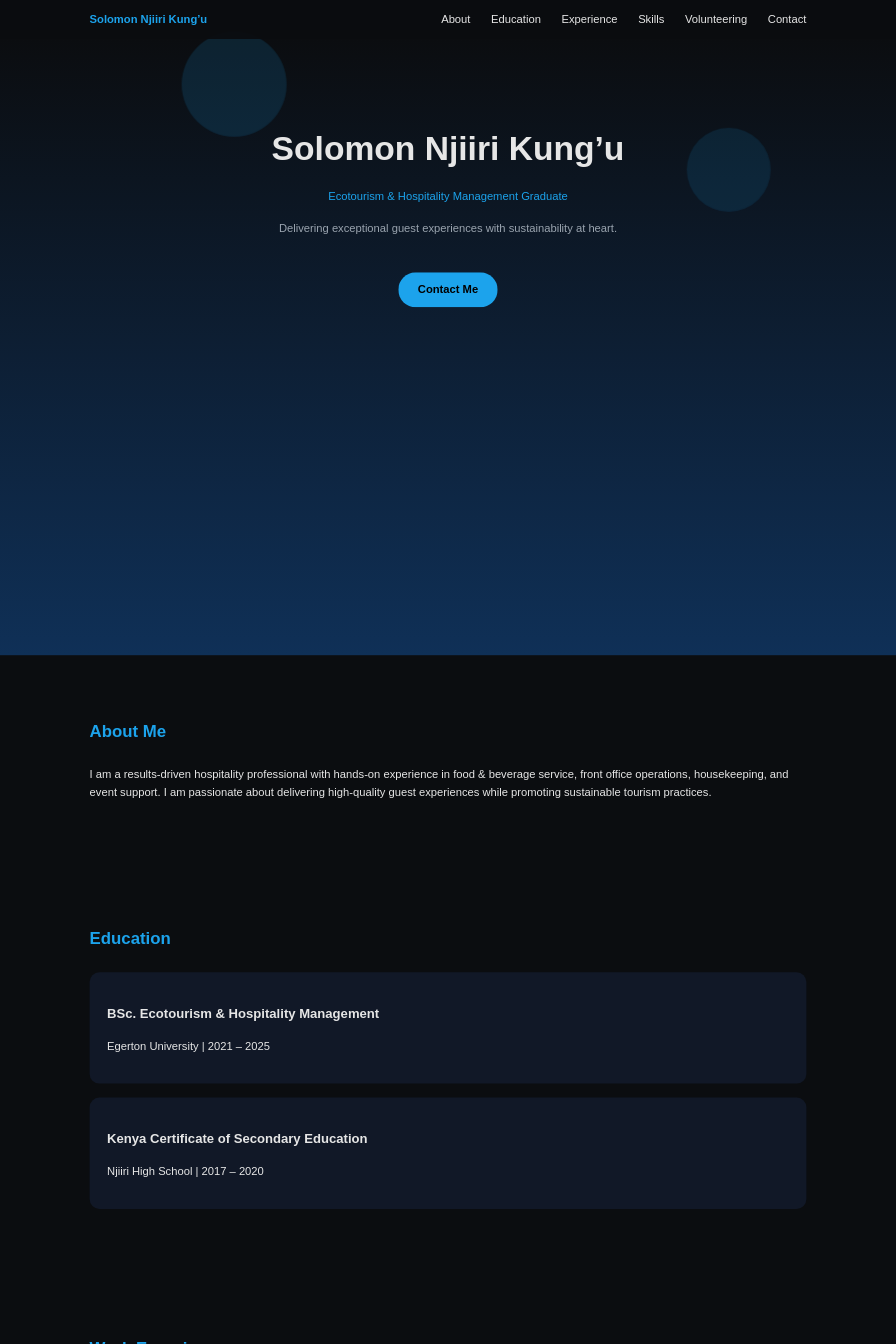
Repository: ladygit-comits/Solomon_Portfolio
Page: index.html
The author's editor kept a copy of each file at every save. The page is drawn from the files as they stood at one save, then again after the next save.
The browser window is 1280 px wide. The pictures show the part of the page from y = 0 to 1920 px (the page is 3995 px tall), at 70% of full size.

Above is the page before, as saved 2025-12-31 13:17:00.

### index.html
<!DOCTYPE html>
<html lang="en">
<head>
  <meta charset="UTF-8">
  <title>Solomon Njiiri Kung’u | Hospitality Management</title>
  <link rel="stylesheet" href="style.css">
</head>
<body>
<!-- NAVBAR -->
<header class="navbar">
  <div class="logo">Solomon Njiiri Kung’u</div>
  <nav>
    <a href="#about">About</a>
    <a href="#education">Education</a>
    <a href="#experience">Experience</a>
    <a href="#skills">Skills</a>
    <a href="#volunteering">Volunteering</a>
    <a href="#contact">Contact</a>
  </nav>
</header>

  <!-- HERO -->
  <section class="hero">
    <h1>Solomon Njiiri Kung’u</h1>
    <p class="subtitle">Ecotourism & Hospitality Management Graduate</p>
    <p class="tagline">
      Delivering exceptional guest experiences with sustainability at heart.
    </p>
    <a href="#contact" class="btn">Contact Me</a>
  </section>

  <!-- ABOUT -->
  <section id="about" class="section">
    <h2>About Me</h2>
    <p>
      I am a results-driven hospitality professional with hands-on experience in
      food & beverage service, front office operations, housekeeping, and event support.
      I am passionate about delivering high-quality guest experiences while promoting
      sustainable tourism practices.
    </p>
  </section>

  <!-- EDUCATION -->
  <section id="education" class="section">
    <h2>Education</h2>
    <div class="card">
      <h3>BSc. Ecotourism & Hospitality Management</h3>
      <p>Egerton University | 2021 – 2025</p>
    </div>
    <div class="card">
      <h3>Kenya Certificate of Secondary Education</h3>
      <p>Njiiri High School | 2017 – 2020</p>
    </div>
  </section>

  <!-- EXPERIENCE -->
  <section id="experience" class="section">
    <h2>Work Experience</h2>

    <div class="card highlight">
      <h3>Waiter – Radisson Blu Hotel</h3>
      <p>August 2025</p>
      <ul>
        <li>Delivered high-quality customer service in a fast-paced luxury hotel.</li>
        <li>Supported international events hosted by the World Bank, IMF, and University of Antwerp.</li>
        <li>Provided professional service to international delegates.</li>
      </ul>
    </div>

    <div class="card">
      <h3>Waiter – Shuhan Hotel, Thika</h3>
      <p>February 2025</p>
      <ul>
        <li>Provided excellent customer service.</li>
        <li>Assisted in housekeeping and hygiene maintenance.</li>
      </ul>
    </div>

    <div class="card">
      <h3>Intern – Hotel Operations</h3>
      <p>May 2024 – August 2024</p>
      <ul>
        <li>Housekeeping & guestroom standards.</li>
        <li>Front office check-ins and reservations.</li>
        <li>Kitchen stewarding and hygiene.</li>
        <li>Food & beverage service.</li>
      </ul>
    </div>
  </section>

  <!-- SKILLS -->
  <section id="skills" class="section">
    <h2>Key Skills</h2>
    <div class="skills">
      <span>Customer Service</span>
      <span>Food & Beverage Service</span>
      <span>Front Office Operations</span>
      <span>Housekeeping Standards</span>
      <span>Event Support</span>
      <span>Sustainable Tourism</span>
    </div>
  </section>

  <!-- VOLUNTEERING -->
  <section id="volunteering" class="section">
    <h2>Volunteering</h2>
    <div class="card">
      <h3>Volunteer – KSPCA (Dogtober Festival)</h3>
      <p>October 2024</p>
      <ul>
        <li>Welcomed guests and provided event guidance.</li>
        <li>Assisted with pet handling and guest engagement.</li>
      </ul>
    </div>
  </section>

  <!-- CONTACT -->
  <section class="section contact" id="contact">
    <h2>Contact</h2>
    <p>Email: <a href="mailto:kungunjiiri@gmail.com">kungunjiiri@gmail.com</a></p>
    <p>Phone: 0112619291</p>
  </section>
<script src="script.js"></script>
<button id="scrollTopBtn" title="Go to top">↑</button>
</body>
</html>

### style.css
:root {
  --black: #0B0D10;
  --dark-blue: #0F3057;
  --accent-blue: #1CA3EC;
  --text-light: #E6E6E6;
  --muted-gray: #9AA4AF;
}

body {
  margin: 0;
  font-family: "Poppins", sans-serif;
  background: var(--black);
  color: var(--text-light);
  line-height: 1.6;
}

.hero {
  min-height: 100vh;
  padding: 80px 20px;
  text-align: center;
  background: linear-gradient(180deg, #0B0D10, #0F3057);
}

.hero h1 {
  font-size: 3rem;
  margin-bottom: 10px;
}

.subtitle {
  color: var(--accent-blue);
  font-weight: 500;
}

.tagline {
  max-width: 600px;
  margin: 20px auto;
  color: var(--muted-gray);
}

.btn {
  display: inline-block;
  margin-top: 30px;
  padding: 12px 28px;
  background: var(--accent-blue);
  color: #000;
  text-decoration: none;
  border-radius: 30px;
  font-weight: 600;
}

.section {
  padding: 70px 10%;
}

.section h2 {
  color: var(--accent-blue);
  margin-bottom: 30px;
}

.card {
  background: #111827;
  padding: 25px;
  border-radius: 14px;
  margin-bottom: 20px;
}

.card.highlight {
  border: 1px solid var(--accent-blue);
}

.skills span {
  display: inline-block;
  background: #1f2933;
  padding: 10px 16px;
  margin: 8px;
  border-radius: 20px;
  font-size: 0.9rem;
}

.contact a {
  color: var(--accent-blue);
  text-decoration: none;
}
.hero h1, .subtitle, .tagline, .btn {
  transform: translateY(20px);
  opacity: 0;
}

.card {
  transition: transform 0.3s ease, box-shadow 0.3s ease;
}

.btn:hover {
  box-shadow: 0 0 20px var(--accent-blue), 0 0 40px var(--accent-blue);
  transform: translateY(-3px);
}
/* NAVBAR */
.navbar {
  position: sticky;
  top: 0;
  display: flex;
  justify-content: space-between;
  align-items: center;
  padding: 15px 10%;
  background: rgba(11,13,16,0.95);
  z-index: 1000;
}

.navbar .logo {
  font-weight: 700;
  color: var(--accent-blue);
}

.navbar nav a {
  color: var(--text-light);
  margin-left: 25px;
  text-decoration: none;
  font-weight: 500;
  transition: color 0.3s;
}

.navbar nav a:hover {
  color: var(--accent-blue);
}

/* SCROLL TO TOP BUTTON */
#scrollTopBtn {
  position: fixed;
  bottom: 30px;
  right: 30px;
  padding: 12px 16px;
  font-size: 20px;
  border: none;
  border-radius: 50%;
  background-color: var(--accent-blue);
  color: #000;
  cursor: pointer;
  display: none; /* hide by default */
  box-shadow: 0 4px 12px rgba(28,163,236,0.4);
  transition: opacity 0.3s, transform 0.3s;
}

#scrollTopBtn:hover {
  transform: translateY(-3px);
  opacity: 0.8;
}

/* TYPEWRITER TAGLINE */
.typewriter {
  overflow: hidden;
  border-right: 2px solid var(--accent-blue);
  white-space: nowrap;
  margin: 0 auto;
  letter-spacing: 2px;
  animation: typing 4s steps(60, end), blink 0.7s infinite;
}

@keyframes typing {
  from { width: 0; }
  to { width: 100%; }
}

@keyframes blink {
  50% { border-color: transparent; }
}

/* FLOATING SHAPES */
.hero::before {
  content: '';
  position: absolute;
  width: 150px;
  height: 150px;
  background: var(--accent-blue);
  border-radius: 50%;
  top: 50px;
  left: 20%;
  opacity: 0.15;
  animation: float 6s ease-in-out infinite alternate;
}

.hero::after {
  content: '';
  position: absolute;
  width: 120px;
  height: 120px;
  background: var(--accent-blue);
  border-radius: 50%;
  top: 200px;
  right: 15%;
  opacity: 0.12;
  animation: float 8s ease-in-out infinite alternate-reverse;
}

@keyframes float {
  0% { transform: translateY(0) translateX(0); }
  50% { transform: translateY(-20px) translateX(15px); }
  100% { transform: translateY(0) translateX(0); }
}

### script.js
// script.js
document.addEventListener('DOMContentLoaded', function() {
  // HERO fade-in
  const heroElements = document.querySelectorAll('.hero h1, .subtitle, .tagline, .btn');
  heroElements.forEach((el, i) => {
    el.style.opacity = 0;
    setTimeout(() => {
      el.style.transition = 'opacity 1s ease-out, transform 1s ease-out';
      el.style.opacity = 1;
      el.style.transform = 'translateY(0)';
    }, i * 300);
  });

  // Card hover effect
  const cards = document.querySelectorAll('.card');
  cards.forEach(card => {
    card.addEventListener('mouseenter', () => {
      card.style.transform = 'translateY(-10px)';
      card.style.boxShadow = '0 15px 30px rgba(28,163,236,0.3)';
    });
    card.addEventListener('mouseleave', () => {
      card.style.transform = 'translateY(0)';
      card.style.boxShadow = 'none';
    });
  });

  // Smooth scroll for CTA and contact links
  const links = document.querySelectorAll('a[href^="#"]');
  links.forEach(link => {
    link.addEventListener('click', function(e) {
      e.preventDefault();
      document.querySelector(this.getAttribute('href')).scrollIntoView({
        behavior: 'smooth'
      });
    });
  });
});

After the next save:
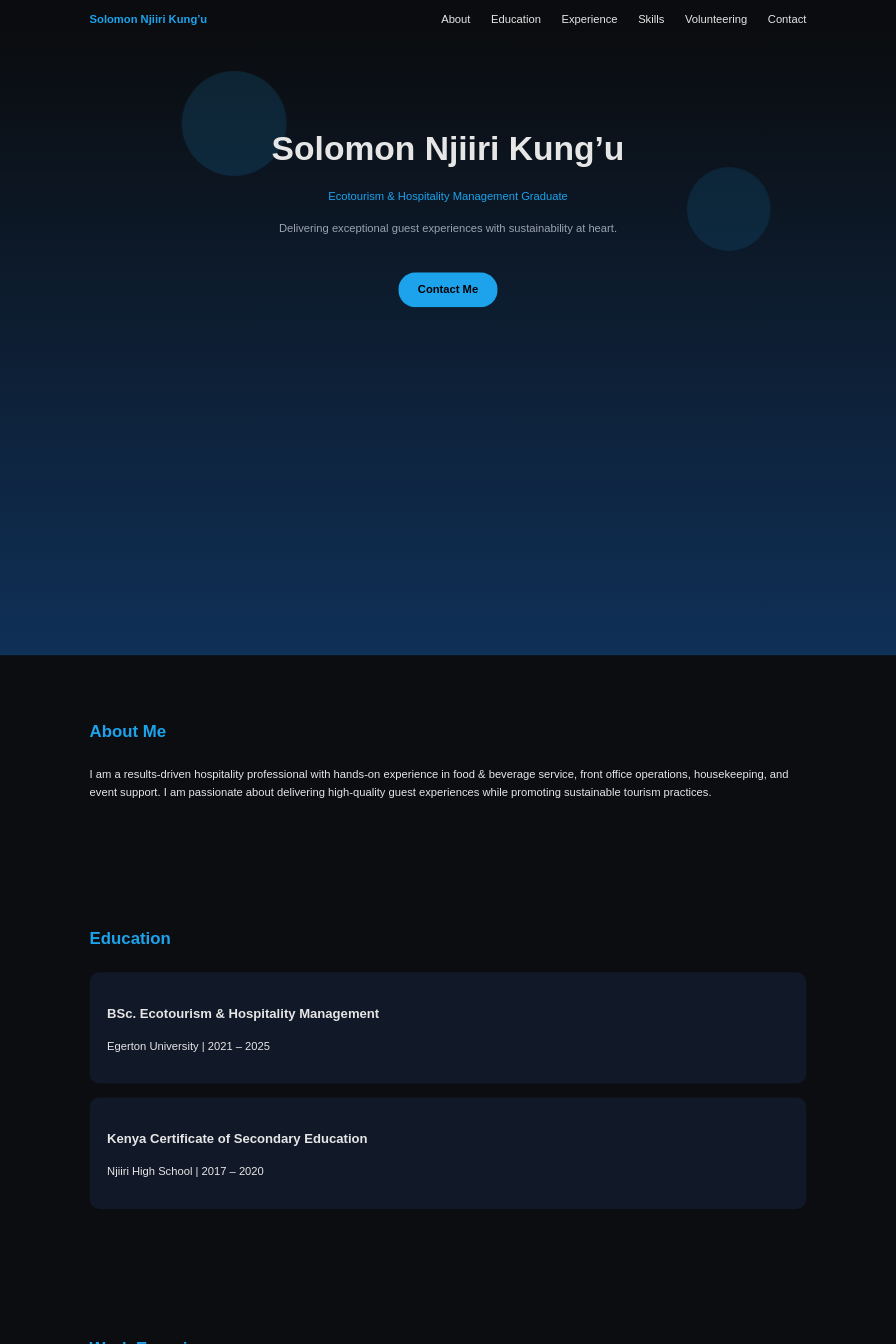
Saved 2 min 29 s later.
--- a/style.css
+++ b/style.css
@@ -19,6 +19,7 @@ body {
   padding: 80px 20px;
   text-align: center;
   background: linear-gradient(180deg, #0B0D10, #0F3057);
+  position: relative;
 }
 
 .hero h1 {
@@ -62,6 +63,7 @@ body {
   padding: 25px;
   border-radius: 14px;
   margin-bottom: 20px;
+  transition: transform 0.3s ease, box-shadow 0.3s ease;
 }
 
 .card.highlight {
@@ -81,20 +83,17 @@ body {
   color: var(--accent-blue);
   text-decoration: none;
 }
+
 .hero h1, .subtitle, .tagline, .btn {
   transform: translateY(20px);
   opacity: 0;
-}
-
-.card {
-  transition: transform 0.3s ease, box-shadow 0.3s ease;
 }
 
 .btn:hover {
   box-shadow: 0 0 20px var(--accent-blue), 0 0 40px var(--accent-blue);
   transform: translateY(-3px);
 }
-/* NAVBAR */
+
 .navbar {
   position: sticky;
   top: 0;
@@ -123,7 +122,6 @@ body {
   color: var(--accent-blue);
 }
 
-/* SCROLL TO TOP BUTTON */
 #scrollTopBtn {
   position: fixed;
   bottom: 30px;
@@ -135,7 +133,7 @@ body {
   background-color: var(--accent-blue);
   color: #000;
   cursor: pointer;
-  display: none; /* hide by default */
+  display: none;
   box-shadow: 0 4px 12px rgba(28,163,236,0.4);
   transition: opacity 0.3s, transform 0.3s;
 }
@@ -145,7 +143,6 @@ body {
   opacity: 0.8;
 }
 
-/* TYPEWRITER TAGLINE */
 .typewriter {
   overflow: hidden;
   border-right: 2px solid var(--accent-blue);
@@ -164,7 +161,6 @@ body {
   50% { border-color: transparent; }
 }
 
-/* FLOATING SHAPES */
 .hero::before {
   content: '';
   position: absolute;
